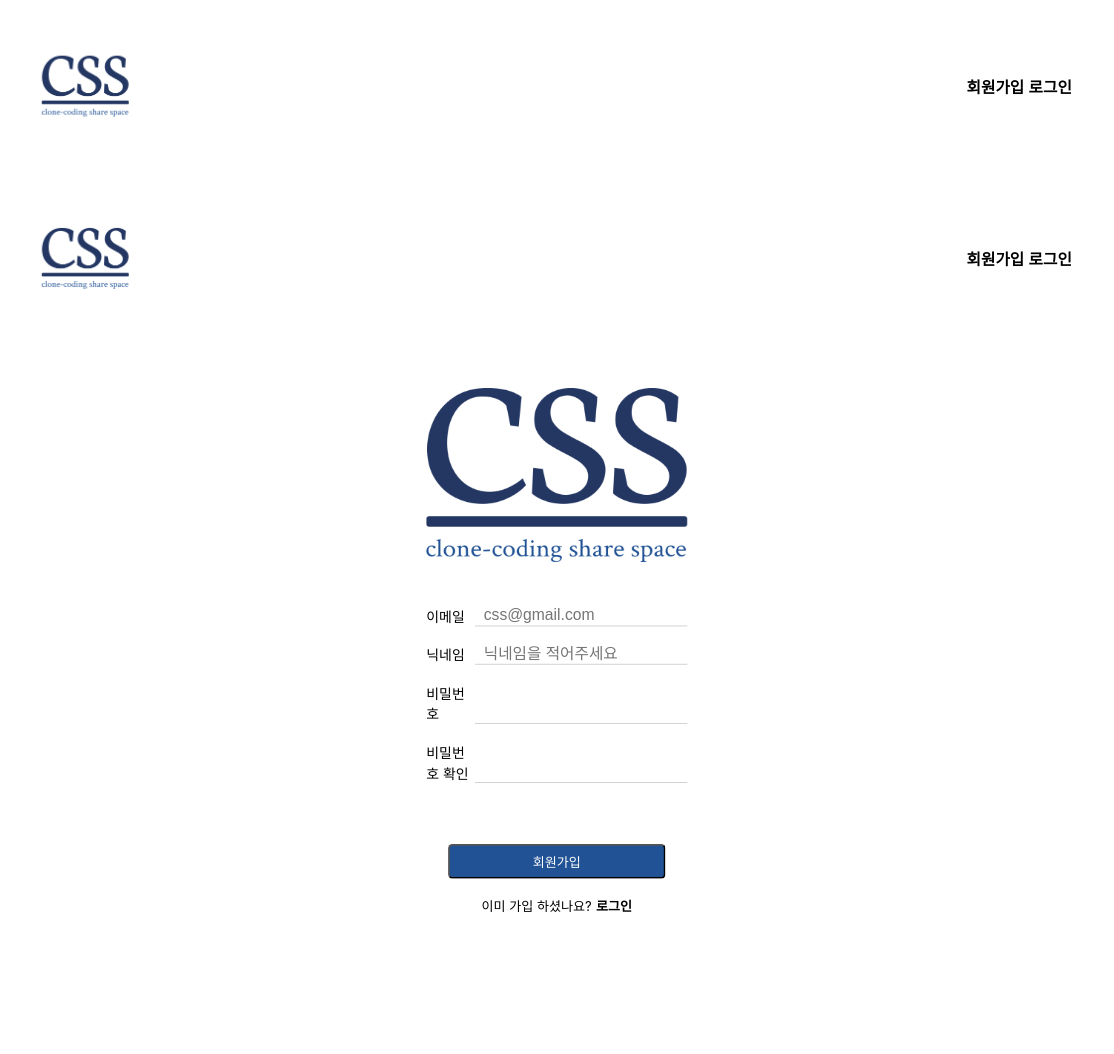
Repository: YS739/React-project-CSS
Page: /signUp
These files come from the project's save history. The page is drawn as it stood at one moment and after the next save; the edit follows.
The browser window is 1280 px wide. The pictures show the whole page, at 87% of full size.
The project was rebuilt for these pictures with package versions that can differ from the ones it lists, and the page was loaded fresh each time. Also part of the build but not shown: src/components/DetailPage/AddComment/style.js, src/common/firebase.ts, src/components/DetailPage/AddComment/AddComment.jsx, src/components/DetailPage/CommentList/style.js, src/components/DetailPage/Comment/style.js, src/components/DetailPage/Comment/Comment.jsx, src/components/DetailPage/CommentList/CommentList.tsx, src/components/DetailPage/DetailVideo/style.js and 19 more.

Above is the page before, as saved 2023-01-21 16:52:24.

### src/index.css
body {
  margin: 0 auto;
  font-family: -apple-system, BlinkMacSystemFont, 'Segoe UI', 'Roboto', 'Oxygen',
    'Ubuntu', 'Cantarell', 'Fira Sans', 'Droid Sans', 'Helvetica Neue',
    sans-serif;
  -webkit-font-smoothing: antialiased;
  -moz-osx-font-smoothing: grayscale;
  /* display: flex;
  flex-direction: column;
  justify-content: center;
  align-items: center; */
}

code {
  font-family: source-code-pro, Menlo, Monaco, Consolas, 'Courier New',
    monospace;
}

### src/App.jsx
import { Fragment } from 'react';
import Header from './components/GlobalComponents/Header/Header';
import Router from './shared/Router';

function App() {
  return (
    <Fragment>
      <Header />
      <Router />
    </Fragment>
  );
}

export default App;

### src/components/GlobalComponents/Header/Header.jsx
import { Container, Logo, LoginToggle, SignUp, Login } from './style.js';
import { useNavigate } from 'react-router-dom';

const Header = () => {
  // TODO: 네비게이트 적용
  // const navigate = useNavigate();

  // 어느 페이지든 현재 로그인한 유저의 id를 가져오고 싶을 때
  let currentUserId = localStorage.getItem('id');

  // TODO: 회원가입 <-> 마이페이지 / 로그인 <-> 로그아웃 토글
  return (
    <Container>
      <Logo src={require('../../../assets/css_logo.png')} alt="css" />
      <LoginToggle>
        <SignUp>회원가입</SignUp>
        <Login>로그인</Login>
      </LoginToggle>
    </Container>
  );
};

export default Header;

### src/shared/Router.tsx
import { BrowserRouter, Route, Routes } from 'react-router-dom';
import DetailPage from '../pages/DetailPage/DetailPage';
import LoginPage from '../pages/LoginPage/LoginPage';
import MainPage from '../pages/MainPage/MainPage';
import MyPage from '../pages/MyPage/MyPage';
import SignUpPage from '../pages/SignUpPage/SignUpPage';
import Layout from '../components/GlobalComponents/Layout/Layout';

const Router = () => {
  return (
    <BrowserRouter>
      <Layout>
        <Routes>
          <Route path="/" element={<MainPage />} />
          <Route path="/detail/:videoId" element={<DetailPage />} />
          <Route path="/login" element={<LoginPage />} />
          <Route path="/signUp" element={<SignUpPage />} />
          <Route path="/my" element={<MyPage />} />
        </Routes>
      </Layout>
    </BrowserRouter>
  );
};

export default Router;

### src/components/GlobalComponents/Header/style.js
import styled from 'styled-components';

export const Container = styled.div`
  padding: 4rem 3rem;
  text-align: center;
  display: flex;
  justify-content: space-between;
  align-items: center;
`;
export const Logo = styled.img`
  width: 100px;
  height: 70px;
  justify-content: center;
`;
export const LoginToggle = styled.div`
  display: flex;
  align-items: center;
  font-size: 18px;
  display: flex;
  margin-left: 20px;
  align-items: center;
`;
export const SignUp = styled.div`
  font-weight: bold;
  padding-right: 5px;
  cursor: pointer;
`;
export const Login = styled.div`
  font-weight: bold;
  cursor: pointer;
`;

### src/pages/SignUpPage/SignUpPage.jsx
import {
  SignUpContainer,
  Logo,
  Form,
  Id,
  Name,
  PassWord,
  Input,
  BlueButton,
  Login,
  ToLogin,
} from './style';
import { useNavigate } from 'react-router-dom';

const SignUpPage = () => {
  const navigate = useNavigate();
  return (
    <SignUpContainer>
      <Logo src={require('../../assets/css_logo.png')} alt="css" />
      <Form>
        <Id>
          이메일
          <Input placeholder={'css@gmail.com'} />
        </Id>
        <Name>
          닉네임
          <Input placeholder={'닉네임을 적어주세요'} />
        </Name>
        <PassWord>
          비밀번호
          <Input />
        </PassWord>
        <PassWord>
          비밀번호 확인
          <Input />
        </PassWord>
      </Form>
      <BlueButton>회원가입</BlueButton>
      <ToLogin>
        이미 가입 하셨나요?
        <Login onClick={() => navigate('/login')}>로그인</Login>
      </ToLogin>
    </SignUpContainer>
  );
};

export default SignUpPage;

### src/components/GlobalComponents/Layout/Layout.tsx
import { LayOut } from './style';
import Header from '../Header/Header';
// TODO: 컴포넌트 빼서 if문으로 로그인/글작성/마이페이지 보이게

// TODO: any 수정하기
const Layout = ({ children }: any) => {
  return (
    <LayOut>
      <Header />
      <div>{children}</div>
    </LayOut>
  );
};

export default Layout;

### src/pages/SignUpPage/style.js
import styled from 'styled-components';

export const SignUpContainer = styled.div`
  padding: 50px;
  margin-bottom: 100px;
  display: flex;
  flex-direction: column;
  justify-content: center;
  align-items: center;
`;

export const Logo = styled.img`
  width: 300px;
  height: 200px;
  justify-content: center;
`;
export const Form = styled.form`
  display: flex;
  flex-direction: column;
  justify-content: center;
  align-items: center;
  padding: 50px;
`;
export const Id = styled.div`
  display: flex;
  justify-content: space-between;
  padding-bottom: 20px;
  width: 300px;
`;
export const Name = styled.div`
  display: flex;
  justify-content: space-between;
  padding-bottom: 20px;
  width: 300px;
`;
export const PassWord = styled.div`
  display: flex;
  justify-content: space-between;
  padding-bottom: 20px;
  width: 300px;
`;
export const Input = styled.input`
  border: none;
  border-bottom: 1px solid #ccc;
  color: #555;
  box-sizing: border-box;
  font-size: 18px;
  :focus-visible {
    outline: none;
  }
  padding-left: 10px;
`;
export const BlueButton = styled.button`
  background-color: #205295;
  border-radius: 5px;
  width: 250px;
  height: 40px;
  color: white;
  font-size: 15px;
  margin-bottom: 10px;
  cursor: pointer;
`;
export const ToLogin = styled.div`
  font-size: 15px;
  display: flex;
  flex-direction: row;
  padding: 10px;
`;
export const Login = styled.div`
  font-weight: bold;
  cursor: pointer;
  margin-left: 5px;
`;

### src/components/GlobalComponents/Layout/style.ts
import styled from 'styled-components';

export const LayOut = styled.div`
  display: flex;
  flex-direction: column;
`;

Loaded but not shown: public/index.html (common file); src/index.tsx (common file); src/reportWebVitals.ts (common file)

After the next save:
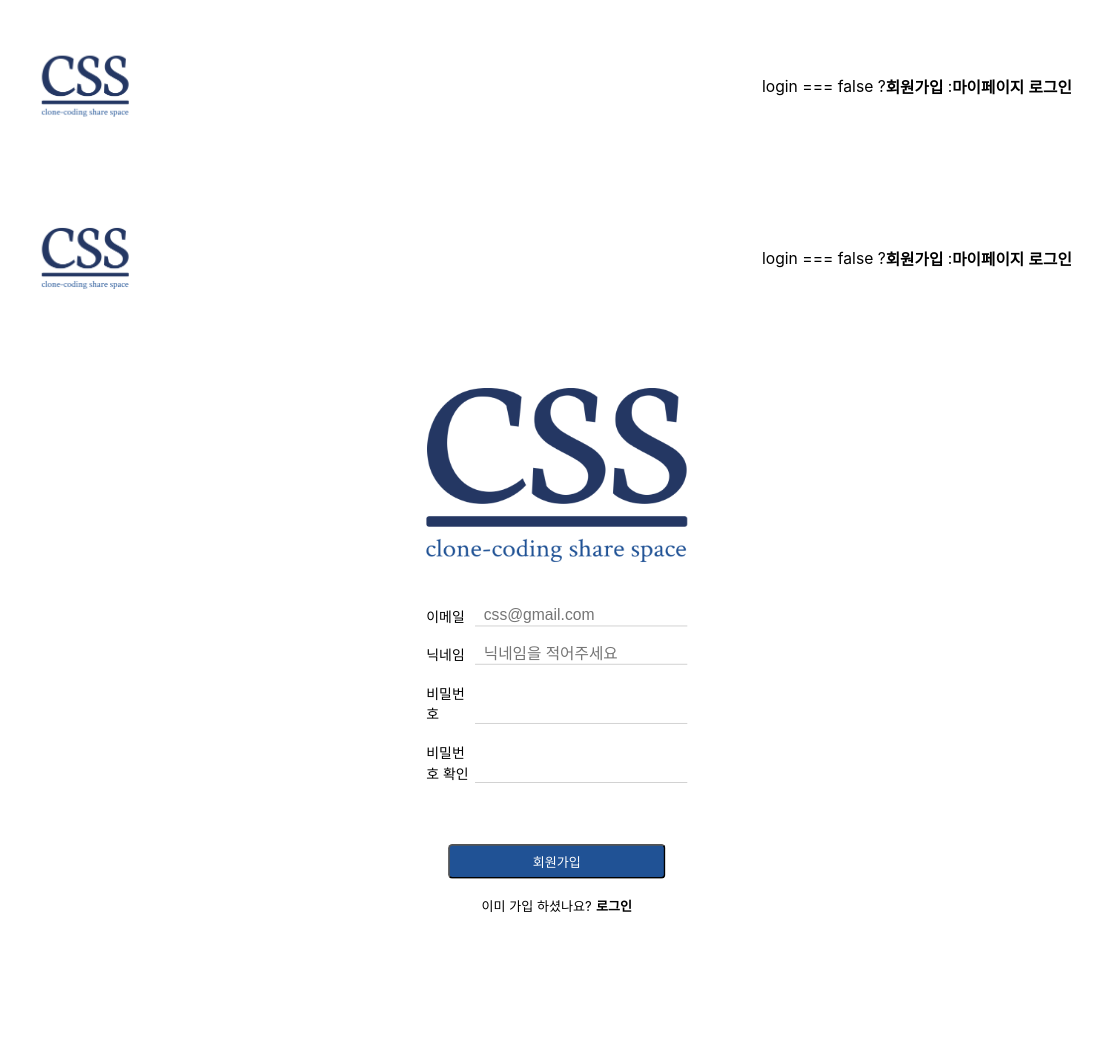
Saved 4 min 12 s later.
--- a/src/components/GlobalComponents/Header/Header.jsx
+++ b/src/components/GlobalComponents/Header/Header.jsx
@@ -1,19 +1,20 @@
 import { Container, Logo, LoginToggle, SignUp, Login } from './style.js';
 import { useNavigate } from 'react-router-dom';
+import { useState } from 'react';
 
 const Header = () => {
   // TODO: 네비게이트 적용
   // const navigate = useNavigate();
 
-  // 어느 페이지든 현재 로그인한 유저의 id를 가져오고 싶을 때
-  let currentUserId = localStorage.getItem('id');
+  // TODO: 로그인 여부에 따라 내비바 토글 적용
+  const [login, setLogin] = useState(false);
 
   // TODO: 회원가입 <-> 마이페이지 / 로그인 <-> 로그아웃 토글
   return (
     <Container>
       <Logo src={require('../../../assets/css_logo.png')} alt="css" />
       <LoginToggle>
-        <SignUp>회원가입</SignUp>
+        login === false ? <SignUp>회원가입</SignUp>: <SignUp>마이페이지</SignUp>
         <Login>로그인</Login>
       </LoginToggle>
     </Container>
